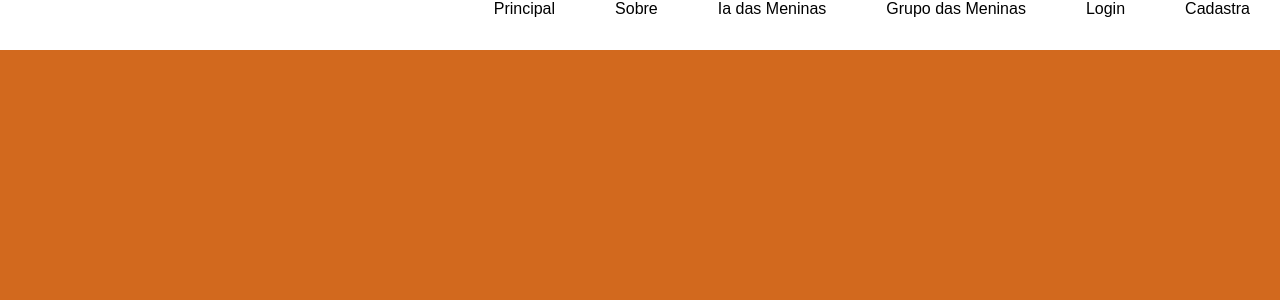
Repository: joaobatistafrontend/pref
Page: http://localhost/
The author's editor kept a copy of each file at every save. The page is drawn from the files as they stood at one save, then again after a run of saves.
The browser window is 1280 px wide. The pictures show the whole page.
The page is served by the project's application, run on Django 4.2 (manage.py). Other server files are loaded and not shown.

Above is the page before, as saved 2024-07-26 14:56:43.

### templates/index.html
{% load  static %}
<!DOCTYPE html>
<html lang="en">
<head>
    <meta charset="UTF-8">
    <meta name="viewport" content="width=device-width, initial-scale=1.0">
    <title>Document</title>

    {% load static %}
    <link rel="stylesheet" href="{% static 'css/index.css' %}"></head>
<body>
        <nav>
            <ul>
                <li><a href="">Principal</a></li>
                <li><a href="">Sobre</a></li>
                <li><a href="">Ia das Meninas</a></li>
                <li><a href="">Grupo das Meninas</a></li>
                <li><a href="">Login</a></li>
                <li><a href="">Cadastra</a></li>
            </ul>
        </nav>
</body>
</html>

### chat_app/views.py
#https://espere.in/Build-your-chatbot-with-the-power-of-Gemini-API-using-Django/
from django.shortcuts import render, reverse
from django.contrib.auth.decorators import login_required
from .models import ChatBot
from django.http import HttpResponseRedirect, JsonResponse
import google.generativeai as genai
from .treinamentos import contexto_inicial, contexto_de_estudos
#chave api
genai.configure(api_key="AIzaSyCkg2khwEkqTQ7kYa8gVzsz2bWWpweUEO8")


@login_required
def ask_question(request):
    if request.method == "POST":
        text = request.POST.get("text")#receber o texto do user
        model = genai.GenerativeModel("gemini-pro")#modelo da ia

        chat = model.start_chat()#iniciar um chat

        #receber o texto do usuario como parametro
        response = chat.send_message(f"O assunto que vamos conversar é sobre responder perguntas frequentes e prestar suporte a assuntos relacionados às políticas públicas voltadas para as mulheres. Tenha conhecimento e forneça aconselhamento acessível para o {user}. Use as seguintes leis e contextos para ajudar: {contexto_inicial} e {contexto_de_estudos}. Foque em dados do Ceará. Mantenha o foco em responder perguntas frequentes e prestar suporte a assuntos relacionados às políticas públicas voltadas para as mulheres."
)
        user = request.user #ususario
        ChatBot.objects.create(text_input=text, gemini_output=response.text, user=user)#criar um batepapo

        response_data = {#extrair apenas a resposta
            "text": response.text,  #tranforma a resposta em texto
        }
        return JsonResponse({"data": response_data})
    else:
        return HttpResponseRedirect(
            reverse("chat")
        )


@login_required
def chat(request):
    user = request.user #saber o user autenticado
    chats = ChatBot.objects.filter(user=user)
    return render(request, "chat_bot.html", {"chats": chats})

def index(request):

    return render(request, "index.html")

### chatbot/urls.py

from django.contrib import admin
from django.urls import path, include

urlpatterns = [
    path('admin/', admin.site.urls),
    path('', include('chat_app.urls'))
]

### chat_app/urls.py

from django.contrib import admin
from django.urls import path, include
from . import views

urlpatterns = [
    path("", views.index, name="index"),
    path("ask_question/", views.ask_question, name="ask_question"),
]

### chat_app/treinamentos.py
#visão geral das políticas públicas para mulheres no Brasil
contexto_inicial = (
    "1. Visão Geral: As políticas públicas para as mulheres no Brasil têm evoluído ao longo dos anos, refletindo mudanças nas normas sociais, avanços no movimento feminista e maior reconhecimento dos direitos das mulheres.\n\n"

    "2. Marcos Históricos:\n"
    "* Criação do Conselho Nacional dos Direitos da Mulher (CNDM) em 1985.\n"
    "* Aprovação da Lei do Divórcio (Lei 6.515/1977) e da Lei dos Crimes Hediondos (Lei 8.072/1990), que incluía o feminicídio como crime hediondo.\n"
    "* Aprovação da Lei de Igualdade Salarial (Lei 7.855/1989).\n"
    "* Criação das Delegacias de Defesa da Mulher.\n\n"

    "3. Leis e Programas Recentes:\n"
    "* Aprovação da Lei Maria da Penha em 2006.\n"
    "* Criação do Programa Bolsa Família em 2003.\n"
    "* Criação do Programa de Assistência Integral à Saúde da Mulher (PAISM).\n"
    "* Política Nacional de Enfrentamento à Violência contra as Mulheres.\n\n"

    "4. Outras Iniciativas Importantes:\n"
    "* Lei de Cotas para Mulheres em Eleições em 1997.\n"
    "* Criação do Programa Pronatec Mulheres em 2011.\n"
    "* Aprovação da Lei do Feminicídio (Lei 13.104/2015).\n\n"

    "5. Medidas Recentes:\n"
    "* Lei da Importunação Sexual (Lei 13.718/2018).\n"
    "* Criação do Ligue 180 em 2013.\n"
    "* Plano Nacional de Políticas para as Mulheres (PNPM).\n"
    "* Política Nacional de Saúde Mental e Direitos das Mulheres.\n"
    "* Medidas para Promover a Igualdade de Gênero no Mercado de Trabalho.\n\n"
)

contexto_de_estudos = (
    "1. Legislação e Normas:\n"
    "  * Leis federais e estaduais: Lei Maria da Penha, Lei do Feminicídio, etc.\n"
    "  * Decretos e portarias.\n"
    "  * Normas técnicas.\n\n"

    "2. Programas e Iniciativas:\n"
    "  * Programas governamentais.\n"
    "  * Iniciativas de ONGs.\n\n"

    "3. Serviços Disponíveis:\n"
    "  * Centros de Atendimento.\n"
    "  * Telefones de Emergência.\n\n"

    "4. Estatísticas e Estudos:\n"
    "  * Dados estatísticos.\n"
    "  * Estudos e pesquisas.\n\n"

    "5. Direitos e Benefícios:\n"
    "  * Direitos das mulheres.\n"
    "  * Benefícios sociais.\n\n"

    "6. Processos e Procedimentos:\n"
    "  * Como acessar serviços.\n"
    "  * Procedimentos legais.\n\n"

    "7. Educação e Capacitação:\n"
    "  * Cursos e treinamentos.\n"
    "  * Campanhas educativas.\n\n"

    "8. Informações Regionais:\n"
    "  * Especificidades locais.\n\n"

    "Fontes de Dados:\n"
    "  * Sites oficiais do governo.\n"
    "  * Organizações internacionais.\n"
    "  * Instituições de pesquisa.\n"
    "  * Documentos legais.\n"
)

### static/css/index.css
*{
    margin: 0;
    padding: 0;
    font-family:sans-serif;
}
body{
    height: 100vh;
    background-color: chocolate;
    /* background: linear-gradient(transparent, #213444); */
    font-family: Arial, Helvetica, sans-serif;

}
nav{
    background-color: #fff;
}

nav ul{
    width: 100%;
    list-style: none;
    display: flex;
    justify-content: flex-end;
    align-items: center;
}
nav li{
    height: 50px;
}
nav a {
    height: 100%;
    padding: 0 30px;
    text-decoration: none;
    display: flex;
    align-self: center;
    color: #000;
}
nav a:hover{
    background-color: red;
}

After the next 8 saves:
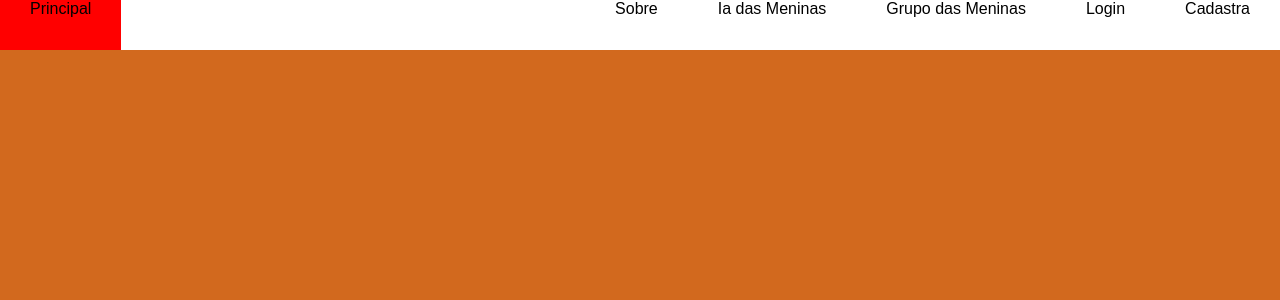
The 8 saves are shown as one change because they came seconds apart.
The last was saved 19 s later.
--- a/static/css/index.css
+++ b/static/css/index.css
@@ -35,3 +35,6 @@
 nav a:hover{
     background-color: red;
 }
+nav li:first-child{
+    margin-right: auto;
+}
